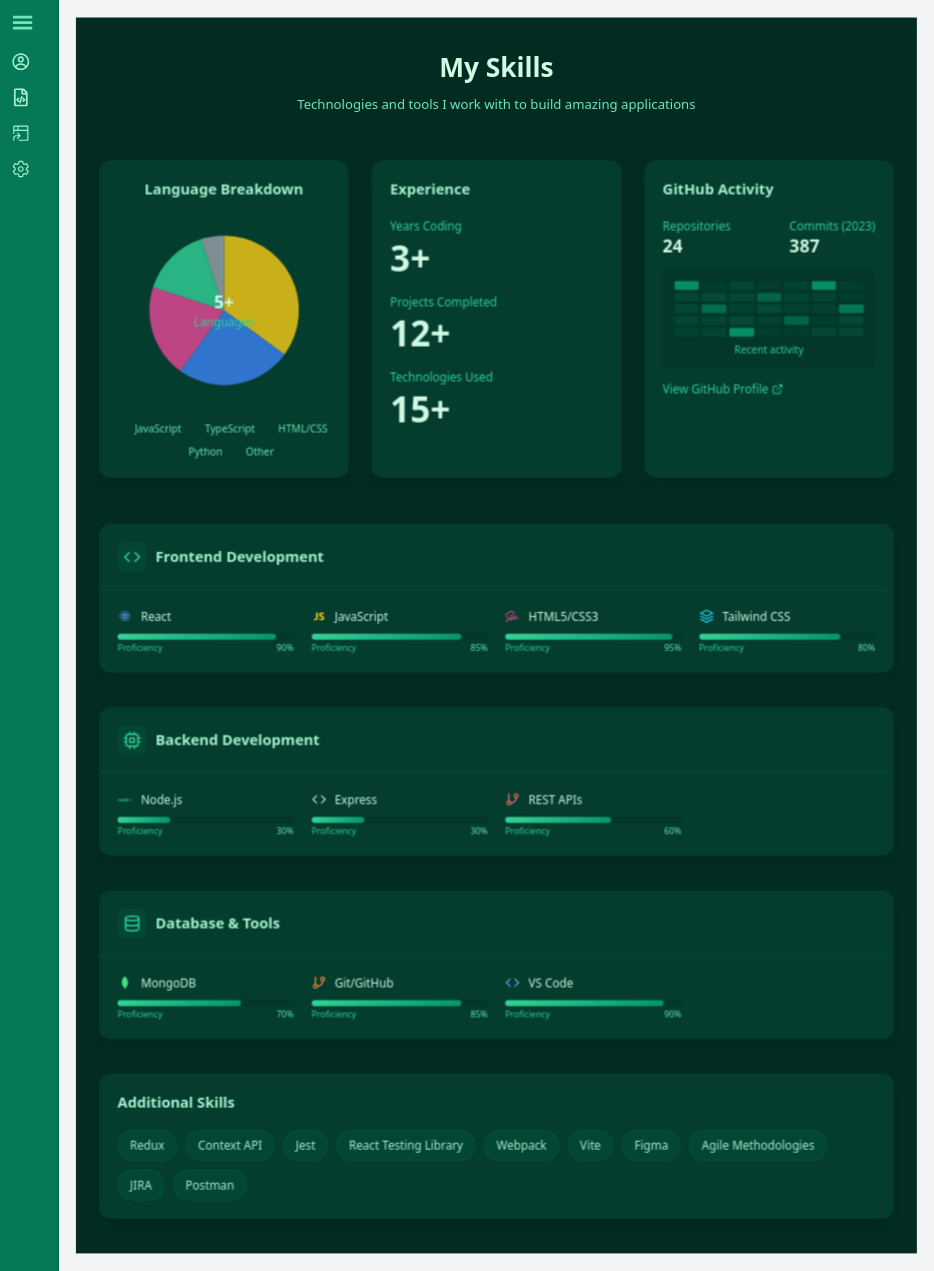
Repository: alizey12/DevLinker-Developer-Portfolio-Builder
Page: /dashboard/skills
The author's editor kept a copy of each file at every save. The page is drawn from the files as they stood at one save, then again after the next save.
The browser window is 1280 px wide. The pictures show the whole page, at 73% of full size.
The project was rebuilt for these pictures with package versions that can differ from the ones it lists, and the page was loaded fresh each time. Also part of the build but not shown: vite.config.js, src/Pages/Login.jsx, src/Pages/Signup.jsx, src/Pages/Portfolio.jsx, src/Pages/Page404.jsx, src/Pages/Dashboard/Profile.jsx, src/Pages/Dashboard/Project.jsx, src/Pages/Dashboard/Setting.jsx and 1 more.

Above is the page before, as saved 2025-06-30 21:44:57.

After the next save:
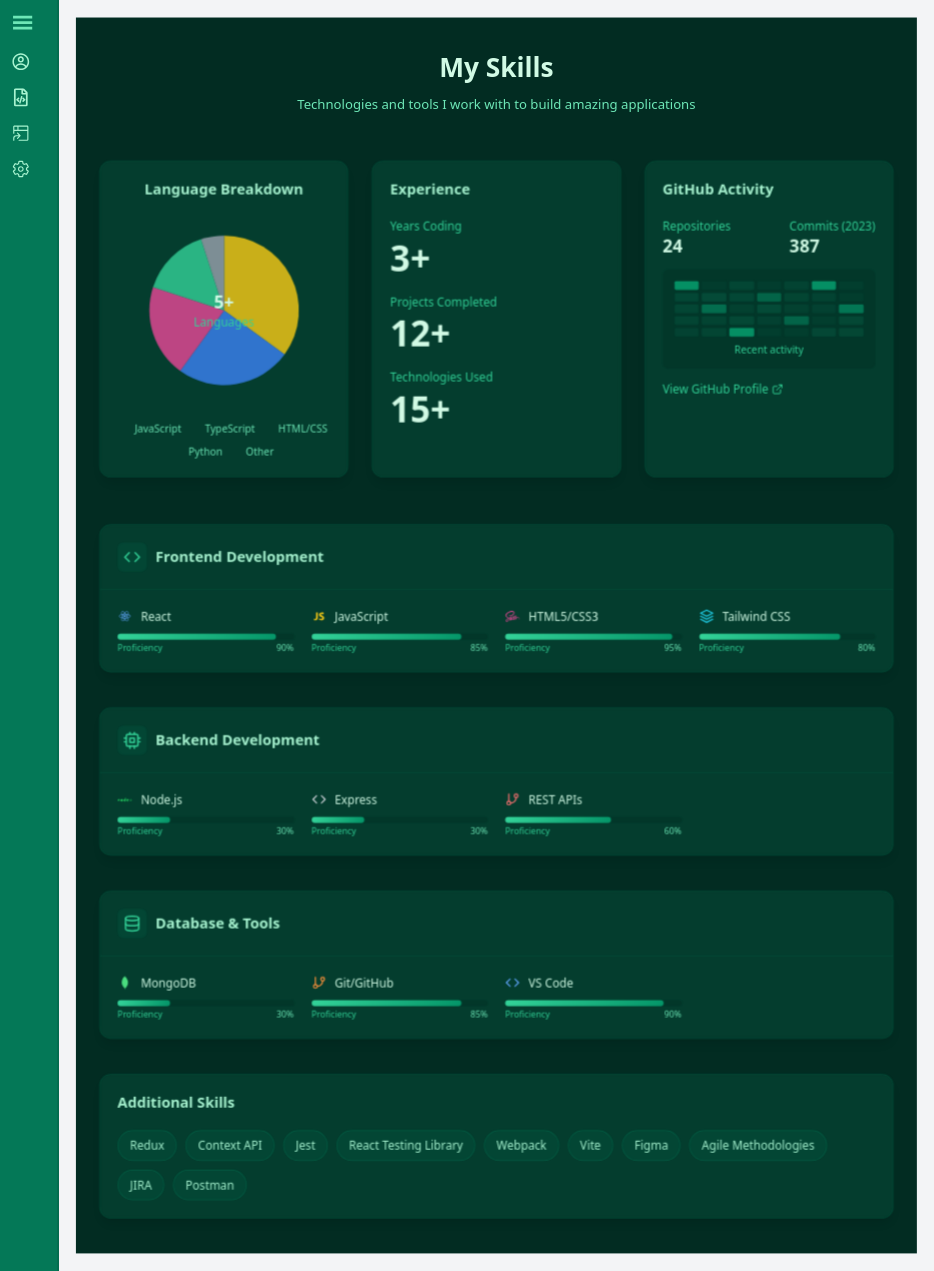
Saved 4 s later.
--- a/src/Pages/Dashboard/Skills.jsx
+++ b/src/Pages/Dashboard/Skills.jsx
@@ -28,7 +28,7 @@
       title: "Database & Tools",
       icon: <FiDatabase className="text-emerald-400" size={24} />,
       skills: [
-        { name: "MongoDB", level: 70, icon: <DiMongodb className="text-green-400" /> },
+        { name: "MongoDB", level: 30, icon: <DiMongodb className="text-green-400" /> },
         { name: "Git/GitHub", level: 85, icon: <FiGitBranch className="text-orange-400" /> },
         { name: "VS Code", level: 90, icon: <FiCode className="text-blue-400" /> }
       ]
